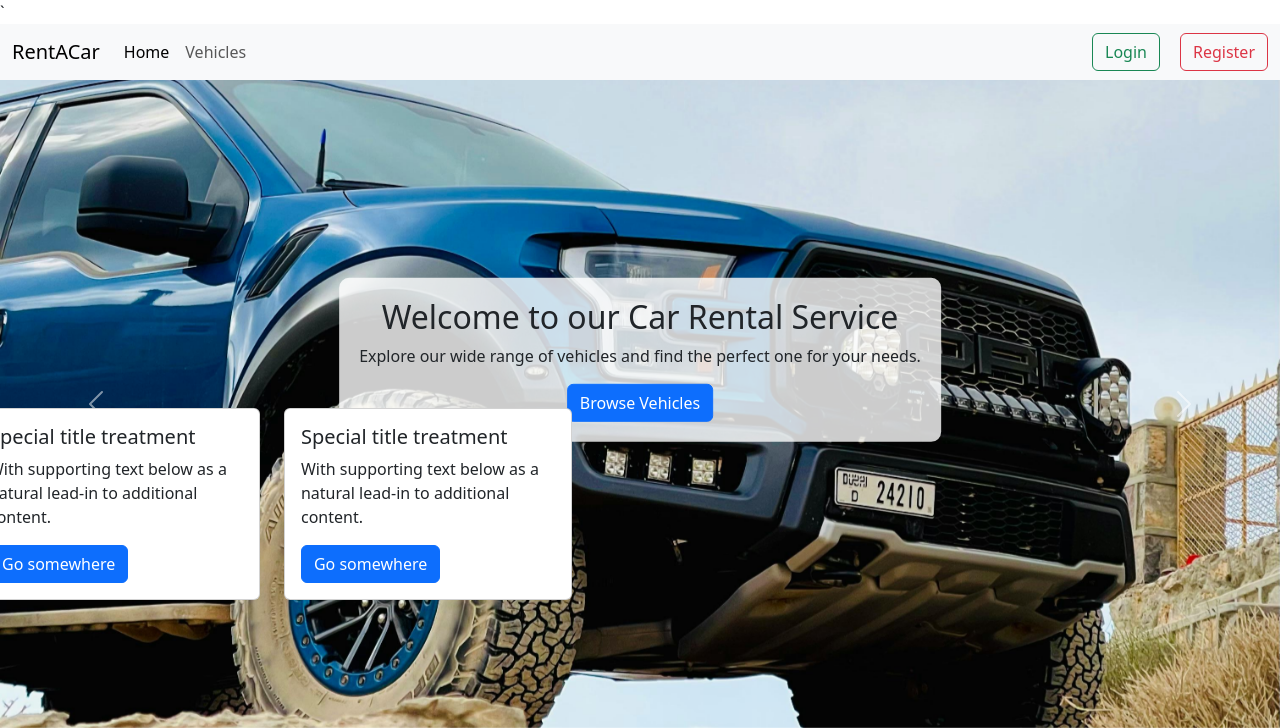
Repository: VimashaVishvani/VehicleRental
Page: http://localhost/Vehicle_rentalDb/
The author's editor kept a copy of each file at every save. The page is drawn from the files as they stood at one save, then again after the next save.
The browser window is 1280 px wide. The pictures show the whole page.
The page is served by Tomcat 9.

Above is the page before, as saved 2024-05-04 19:28:55.

After the next save:
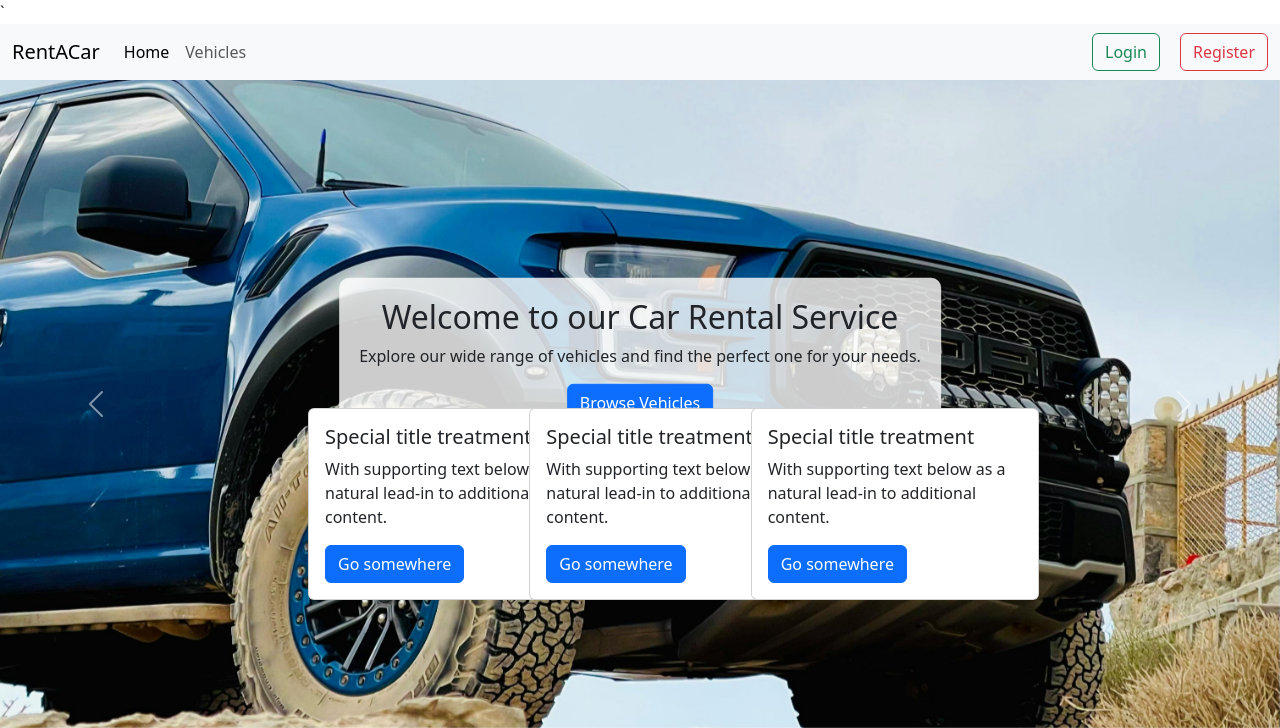
Saved 18 s later.
--- a/Vehicle_rentalDb/src/main/webapp/index.jsp
+++ b/Vehicle_rentalDb/src/main/webapp/index.jsp
@@ -31,7 +31,7 @@
 .row{
 position: absolute;
     top: 70%;
-    left: 10%;
+    left: 50%;
     transform: translate(-50%, -50%);
     z-index: 1000;
 
